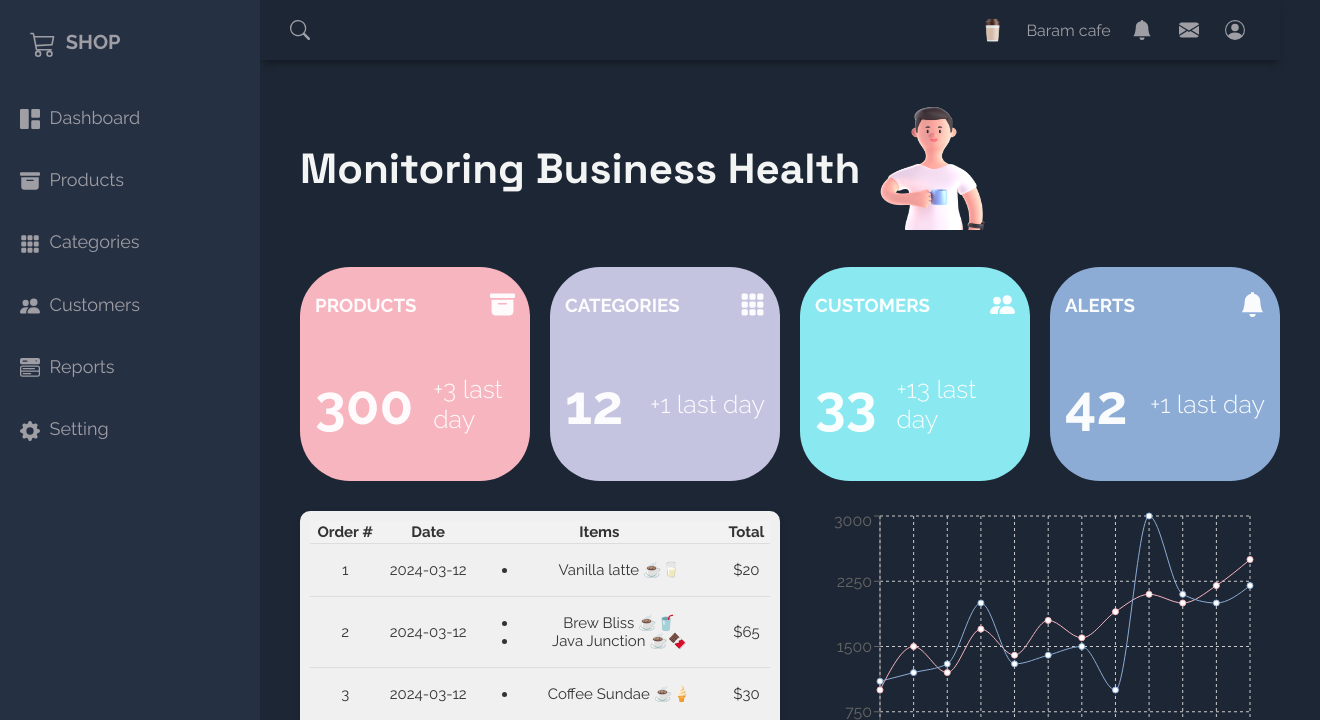
Repository: ffferncake/monitoring-business-health
Page: /
These files come from the project's save history. The page is drawn as it stood at one moment and after the next save; the edit follows.
The browser window is 1280 px wide. The page is 1320 px wide, so the pictures cover 1320 px, including what lies to the right of the window. The pictures show the whole page.
An inner scrolling area shows only its first screen. The project was rebuilt for these pictures with package versions that can differ from the ones it lists, and the page was loaded fresh each time. Also part of the build but not shown: vite.config.js.

Above is the page before, as saved 2024-03-13 16:07:25.

After the next save:
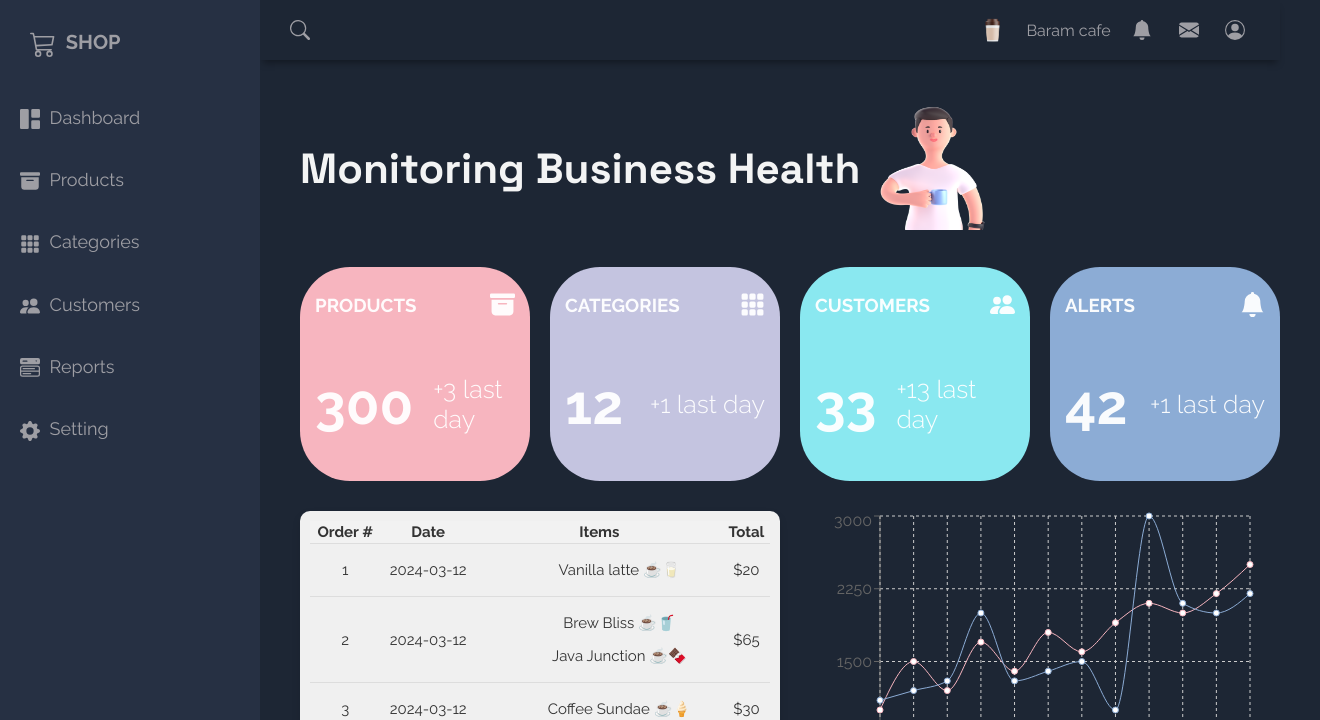
Saved 33 s later.
--- a/src/OrderCard.jsx
+++ b/src/OrderCard.jsx
@@ -21,7 +21,7 @@ const OrderCard = ({ orders }) => {
               <td>
                 <ul>
                   {order.items.map((item, index) => (
-                    <li key={index}>{item.name}</li>
+                    <p key={index}>{item.name}</p>
                   ))}
                 </ul>
               </td>
